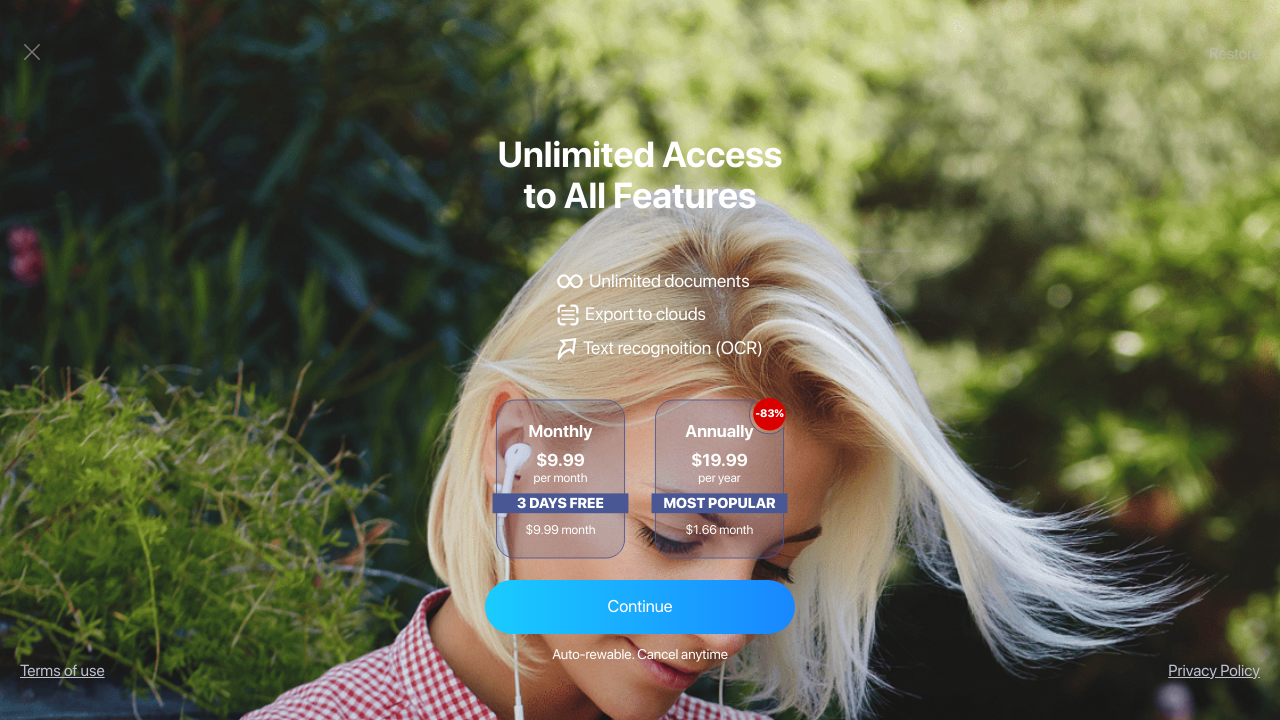
Repository: Ivan0195/bp-banner
Page: /
These files come from the project's save history. The page is drawn as it stood at one moment and after a run of saves; the edit follows.
The browser window is 1280 px wide. The pictures show the whole page.
The project was rebuilt for these pictures with package versions that can differ from the ones it lists, and the page was loaded fresh each time. Also part of the build but not shown: webpack.config.js.

Above is the page before, as saved 2023-03-17 11:09:13.

After the next 3 saves:
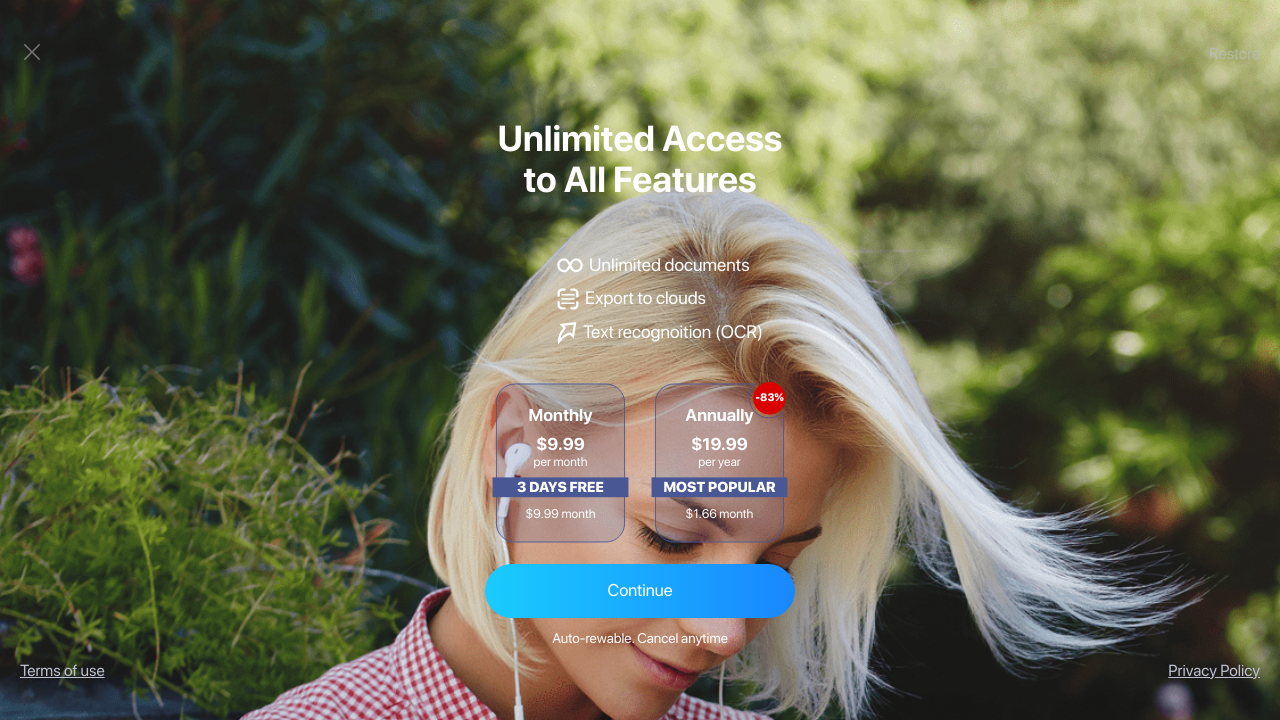
The 3 saves are shown as one change because they came seconds apart.
The last was saved 116 s later.
--- a/src/style/_style.scss
+++ b/src/style/_style.scss
@@ -24,6 +24,7 @@ main {
   justify-content: flex-end;
   height: 100%;
   row-gap: 12px;
+  padding-bottom: 16px;
 }
 
 ul {
